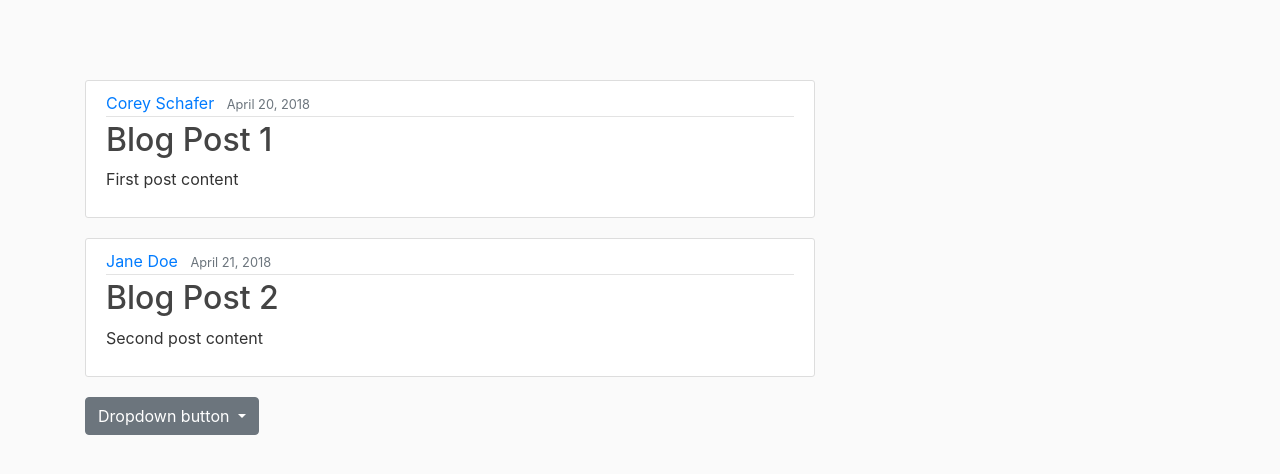
Repository: khanhdk0000/first_proj
Page: http://localhost/
The author's editor kept a copy of each file at every save. The page is drawn from the files as they stood at one save, then again after the next save.
The browser window is 1280 px wide. The pictures show the whole page.
Some web libraries are served in a nearby version. The page is served by the project's application, run on Flask 3 (flaskblog.py).

Above is the page before, as saved 2021-05-25 09:58:21.

### templates/home.html
{% extends "layout.html" %}
{% block content %}
    {% for post in posts %}
        <article class="media content-section">
          <div class="media-body">
            <div class="article-metadata">
              <a class="mr-2" href="#">{{ post.author }}</a>
              <small class="text-muted">{{ post.date_posted }}</small>
            </div>
            <h2><a class="article-title" href="#">{{ post.title }}</a></h2>
            <p class="article-content">{{ post.content }}</p>
          </div>
        </article>


    {% endfor %}
    <div class="dropdown">
        <button class="btn btn-secondary dropdown-toggle" type="button" id="dropdownMenuButton" data-toggle="dropdown" aria-haspopup="true" aria-expanded="false">
          Dropdown button
        </button>
        <div class="dropdown-menu" aria-labelledby="dropdownMenuButton">
          <a class="dropdown-item" href="/about">Action</a>
          <a class="dropdown-item" href="#">Another action</a>
          <a class="dropdown-item" href="#">Something else here</a>
        </div>
      </div>
{% endblock content %}

### templates/layout.html
<!DOCTYPE html>
<html>
<head>
    <!-- Required meta tags -->
    <meta charset="utf-8">
    <meta name="viewport" content="width=device-width, initial-scale=1, shrink-to-fit=no">

    <!-- Bootstrap CSS -->
    <link rel="stylesheet" href="https://maxcdn.bootstrapcdn.com/bootstrap/4.0.0/css/bootstrap.min.css" integrity="sha384-Gn5384xqQ1aoWXA+058RXPxPg6fy4IWvTNh0E263XmFcJlSAwiGgFAW/dAiS6JXm" crossorigin="anonymous">

    <link rel="stylesheet" type="text/css" href="{{ url_for('static', filename='main.css') }}">

    {% if title %}
        <title>Flask Blog - {{ title }}</title>
    {% else %}
        <title>Flask Blog</title>
    {% endif %}
</head>
<body>

    <main role="main" class="container">
      <div class="row">
        <div class="col-md-8">
          {% block content %}{% endblock %}
        </div>
      </div>
    </main>


    <!-- Optional JavaScript -->
    <!-- jQuery first, then Popper.js, then Bootstrap JS -->
    <script src="https://code.jquery.com/jquery-3.2.1.slim.min.js" integrity="sha384-KJ3o2DKtIkvYIK3UENzmM7KCkRr/rE9/Qpg6aAZGJwFDMVNA/GpGFF93hXpG5KkN" crossorigin="anonymous"></script>
    <script src="https://cdnjs.cloudflare.com/ajax/libs/popper.js/1.12.9/umd/popper.min.js" integrity="sha384-ApNbgh9B+Y1QKtv3Rn7W3mgPxhU9K/ScQsAP7hUibX39j7fakFPskvXusvfa0b4Q" crossorigin="anonymous"></script>
    <script src="https://maxcdn.bootstrapcdn.com/bootstrap/4.0.0/js/bootstrap.min.js" integrity="sha384-JZR6Spejh4U02d8jOt6vLEHfe/JQGiRRSQQxSfFWpi1MquVdAyjUar5+76PVCmYl" crossorigin="anonymous"></script>
</body>
</html>

### flaskblog.py
from flask import Flask, render_template, url_for
app = Flask(__name__)


posts = [
    {
        'author': 'Corey Schafer',
        'title': 'Blog Post 1',
        'content': 'First post content',
        'date_posted': 'April 20, 2018'
    },
    {
        'author': 'Jane Doe',
        'title': 'Blog Post 2',
        'content': 'Second post content',
        'date_posted': 'April 21, 2018'
    }
]

@app.route('/')
@app.route('/home')
def hello_world():
    return render_template('home.html', posts=posts, title='Hey')

@app.route('/about')
def about():
    return render_template('about.html', posts=posts)

if __name__ == '__main__':
    app.run(debug=True)

### static/main.css
body {
    background: #fafafa;
    color: #333333;
    margin-top: 5rem;
  }

  h1, h2, h3, h4, h5, h6 {
    color: #444444;
  }

  .bg-steel {
    background-color: #5f788a;
  }

  .site-header .navbar-nav .nav-link {
    color: #cbd5db;
  }

  .site-header .navbar-nav .nav-link:hover {
    color: #ffffff;
  }

  .site-header .navbar-nav .nav-link.active {
    font-weight: 500;
  }

  .content-section {
    background: #ffffff;
    padding: 10px 20px;
    border: 1px solid #dddddd;
    border-radius: 3px;
    margin-bottom: 20px;
  }

  .article-title {
    color: #444444;
  }

  a.article-title:hover {
    color: #428bca;
    text-decoration: none;
  }

  .article-content {
    white-space: pre-line;
  }

  .article-img {
    height: 65px;
    width: 65px;
    margin-right: 16px;
  }

  .article-metadata {
    padding-bottom: 1px;
    margin-bottom: 4px;
    border-bottom: 1px solid #e3e3e3
  }

  .article-metadata a:hover {
    color: #333;
    text-decoration: none;
  }

  .article-svg {
    width: 25px;
    height: 25px;
    vertical-align: middle;
  }

  .account-img {
    height: 125px;
    width: 125px;
    margin-right: 20px;
    margin-bottom: 16px;
  }

  .account-heading {
    font-size: 2.5rem;
  }

After the next save:
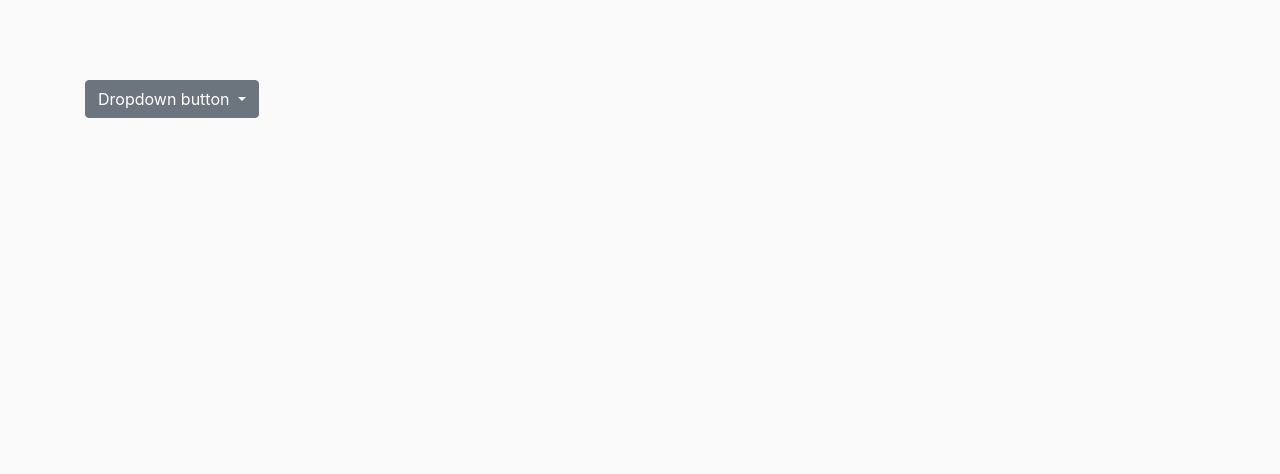
Saved 6 s later.
--- a/templates/home.html
+++ b/templates/home.html
@@ -1,19 +1,6 @@
 {% extends "layout.html" %}
 {% block content %}
-    {% for post in posts %}
-        <article class="media content-section">
-          <div class="media-body">
-            <div class="article-metadata">
-              <a class="mr-2" href="#">{{ post.author }}</a>
-              <small class="text-muted">{{ post.date_posted }}</small>
-            </div>
-            <h2><a class="article-title" href="#">{{ post.title }}</a></h2>
-            <p class="article-content">{{ post.content }}</p>
-          </div>
-        </article>
 
-
-    {% endfor %}
     <div class="dropdown">
         <button class="btn btn-secondary dropdown-toggle" type="button" id="dropdownMenuButton" data-toggle="dropdown" aria-haspopup="true" aria-expanded="false">
           Dropdown button
